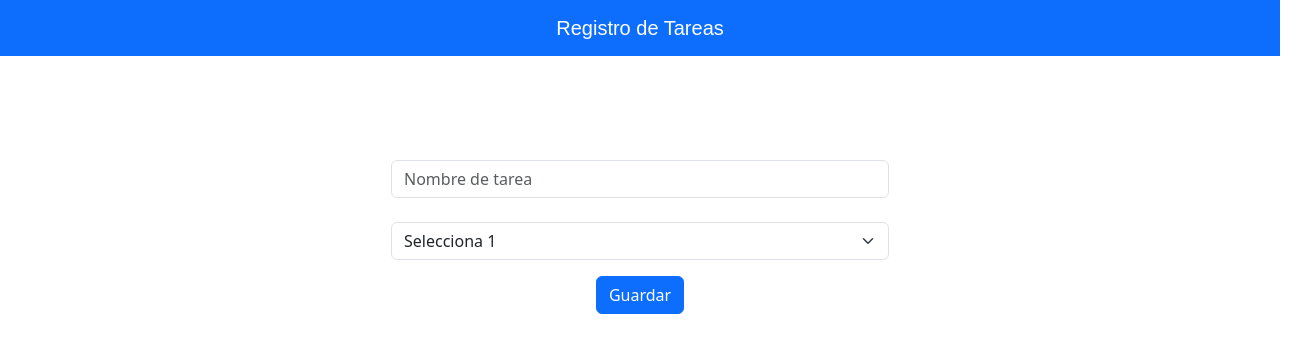
Repository: mgarrido0gb/registroTareas
Page: http://localhost/Tareas/Home
An editor plug-in stored every save of this project. The page is shown before and after the next save, followed by the edit.
The browser window is 1280 px wide. The page is 1292 px wide, so the pictures cover 1292 px, including what lies to the right of the window. The pictures show the whole page.
The page is served by Tomcat 10. Queries for data that is not in the repository find no rows.

Above is the page before, as saved 2024-05-21 22:33:34.

After the next save:
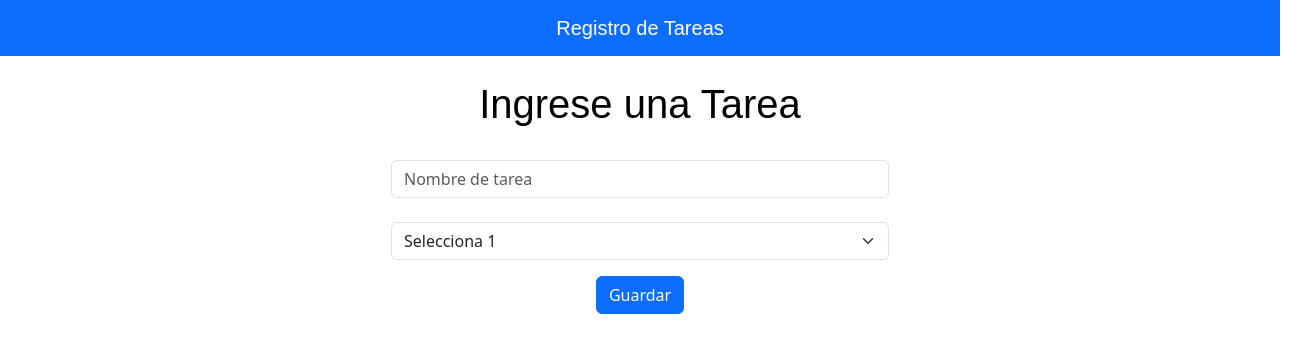
Saved 44 s later.
--- a/Tareas/src/main/webapp/WEB-INF/home.jsp
+++ b/Tareas/src/main/webapp/WEB-INF/home.jsp
@@ -20,8 +20,11 @@
     	}
 
     	#titulo ,h1{
+    		font-family: 'Open-Sans',sans-serif;
+    	}
+
+    	#titulo{
     		color: white;
-    		font-family: 'Open-Sans',sans-serif;
     	}
 
 
